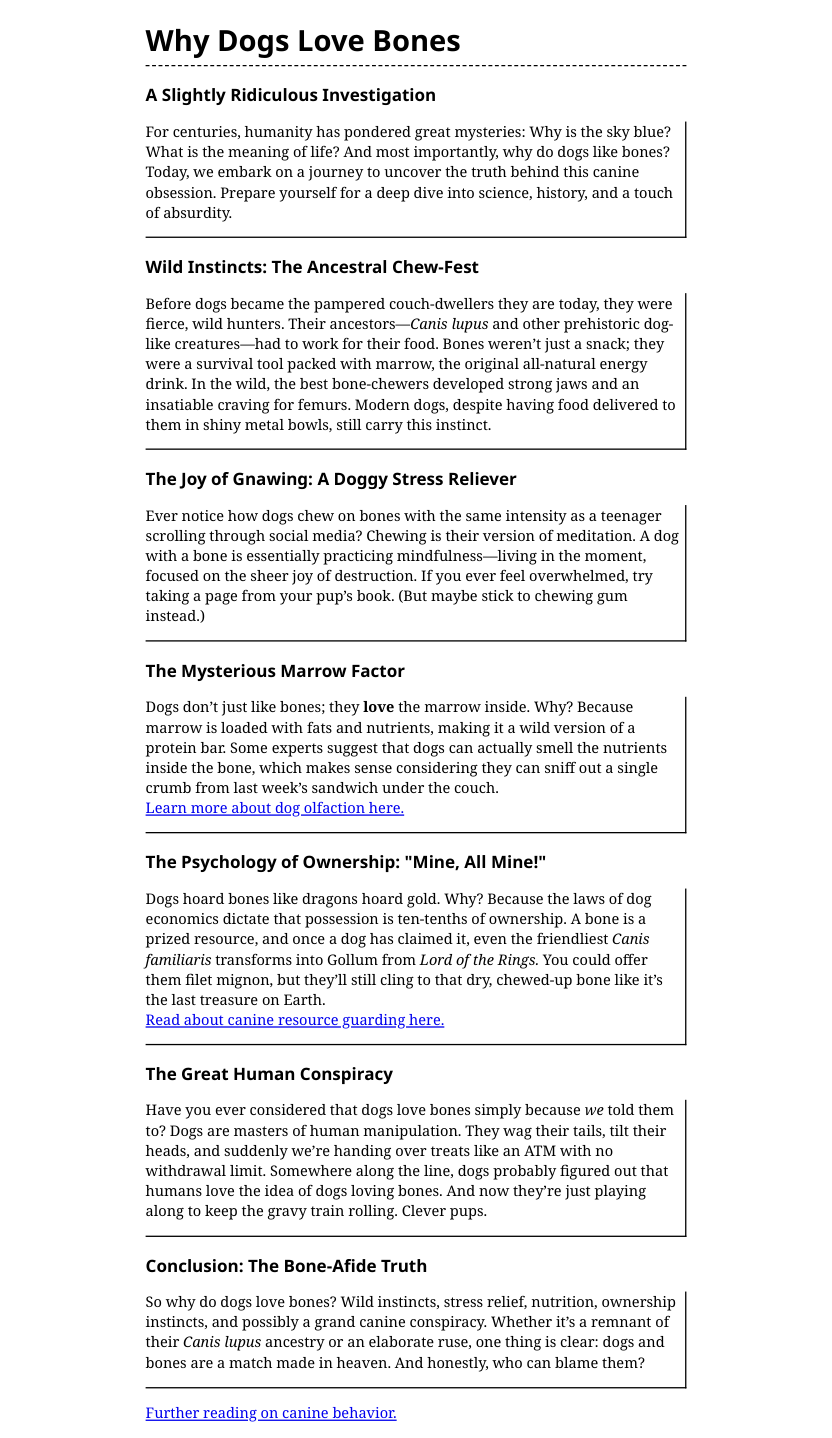
Repository: Leith-vdl/apprentice-challenge-1
Page: index.html
The author's editor kept a copy of each file at every save. The page is drawn from the files as they stood at one save, then again after the next save.
The browser window is 1280 px wide. The pictures show the whole page, at 65% of full size.

Above is the page before, as saved 2025-01-31 15:31:07.

After the next save:
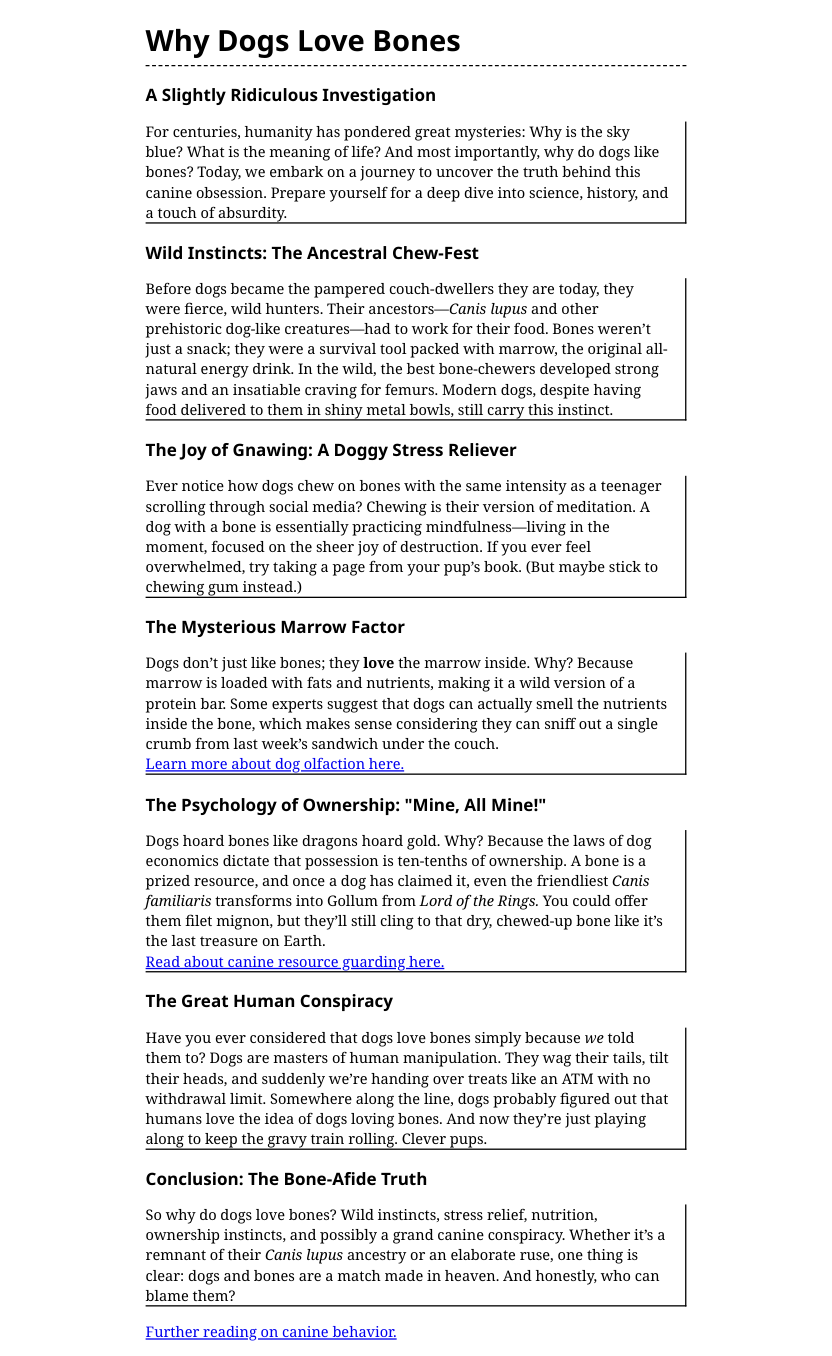
Saved 11 s later.
--- a/styles/styles.css
+++ b/styles/styles.css
@@ -14,7 +14,7 @@ h1.page-header-title, h3.section-title {
 }
 
 p.section-main-text {
-    padding: 0 0 1em 0;
+    padding: 0 1em 0 0;
     border-bottom: 2px solid black;
     border-right: 2px solid black;
 }
